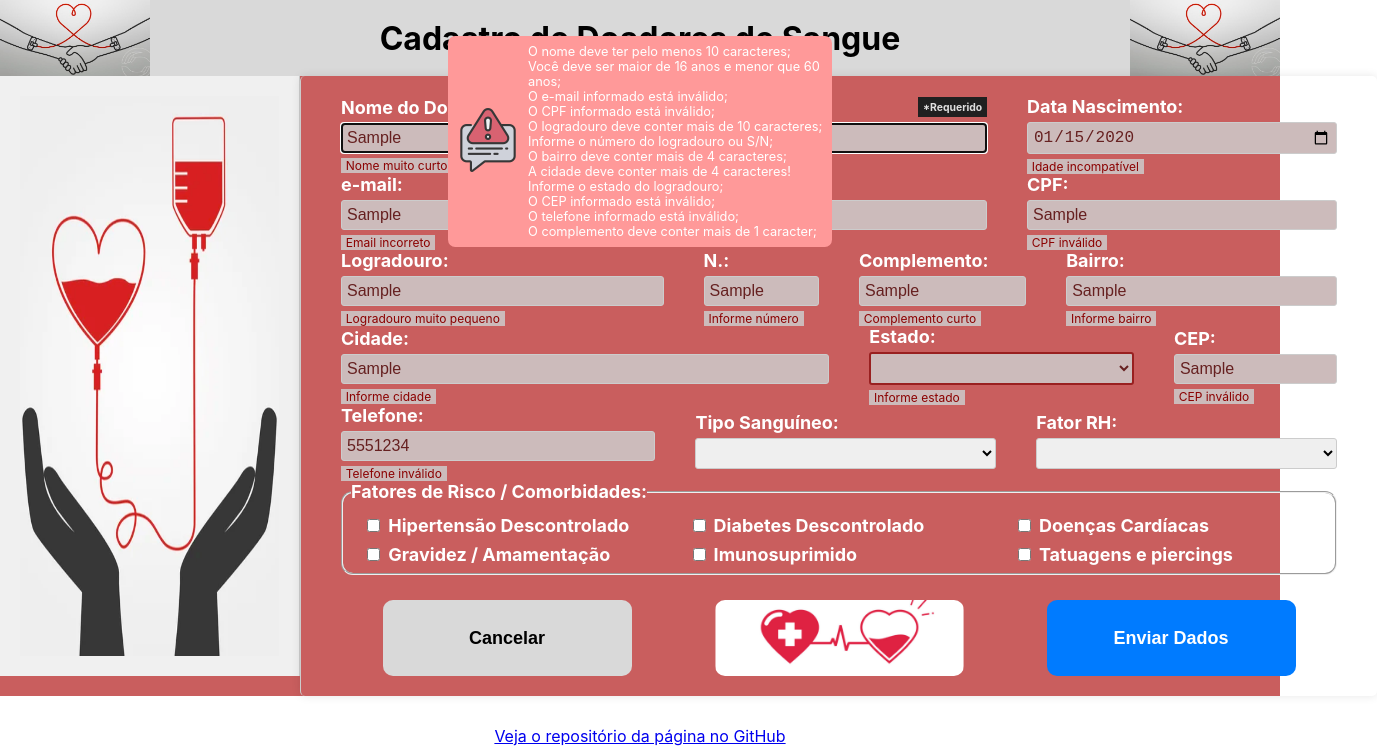
Repository: rodrigototy/doacao-sangue
Page: sprint-3/cadastro.html
The author's editor kept a copy of each file at every save. The page is drawn from the files as they stood at one save, then again after a run of saves.
The browser window is 1280 px wide. The page is 1377 px wide, so the pictures cover 1377 px, including what lies to the right of the window. The pictures show the whole page.
Empty fields were first filled with sample values (such as "Sample", 5 or name@example.com).
After loading, the first visible `#enviar` was clicked once.

Above is the page before, as saved 2023-11-19 13:54:08.

After the next 8 saves:
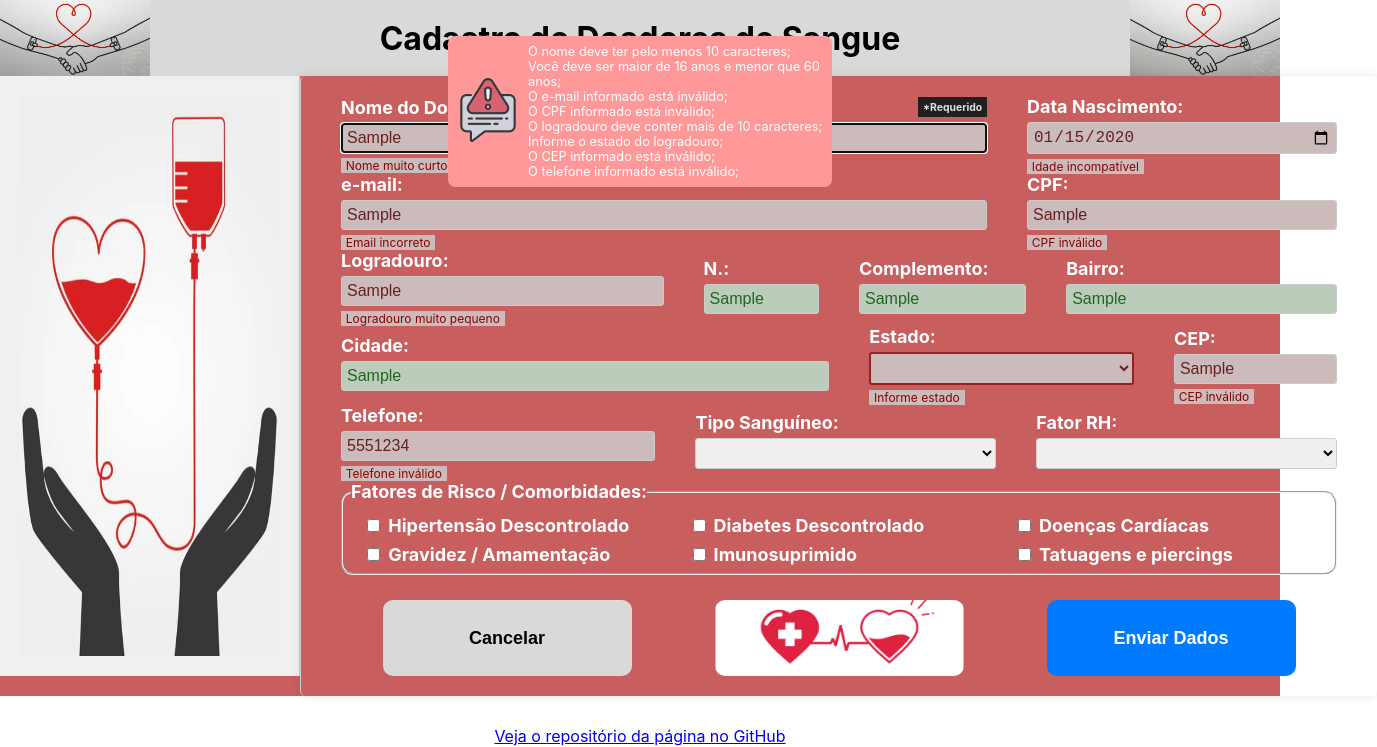
The 8 saves are shown as one change because they came seconds apart.
The last was saved 3 min 29 s later.
--- a/sprint-3/static/js/script_cadastro.js
+++ b/sprint-3/static/js/script_cadastro.js
@@ -88,7 +88,8 @@ buttonEnviar.addEventListener("click", (event) => {
       const isValid = validarCampoGenerico(
         field.input.value,
         field.fieldName,
-        field.validateFunction
+        field.validateFunction,
+        field.validateParameter
       );
 
       if (!isValid && !null) {
